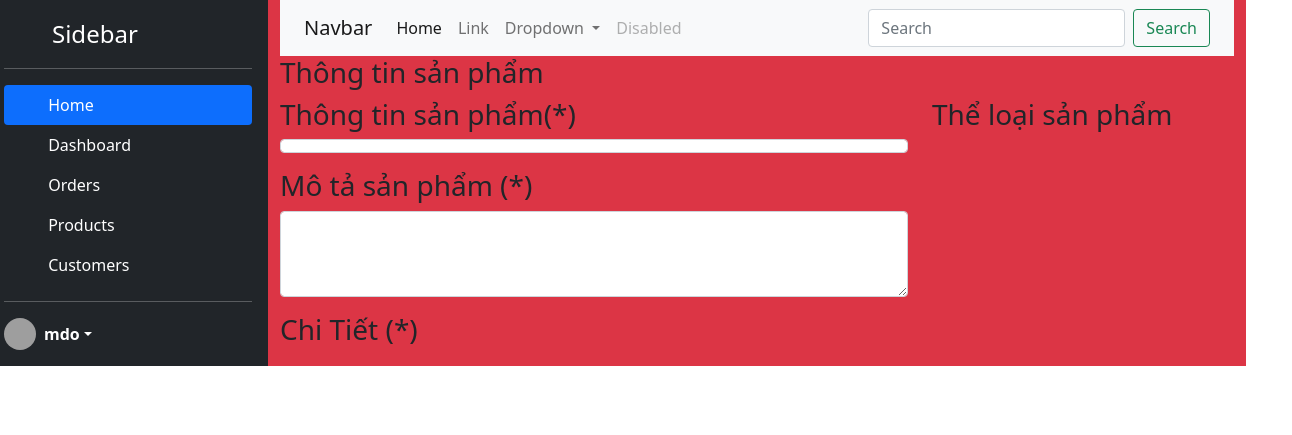
Repository: Lehuyhuynh/BT12-BOOTSTRAP
Page: index.html
These files come from the project's save history. The page is drawn as it stood at one moment and after a run of saves; the edit follows.
The browser window is 1280 px wide. The page is 1292 px wide, so the pictures cover 1292 px, including what lies to the right of the window. The pictures show the whole page.
Pictures or frames that could not be fetched are drawn as grey boxes.

Above is the page before, as saved 2023-08-19 22:28:25.

After the next 2 saves:
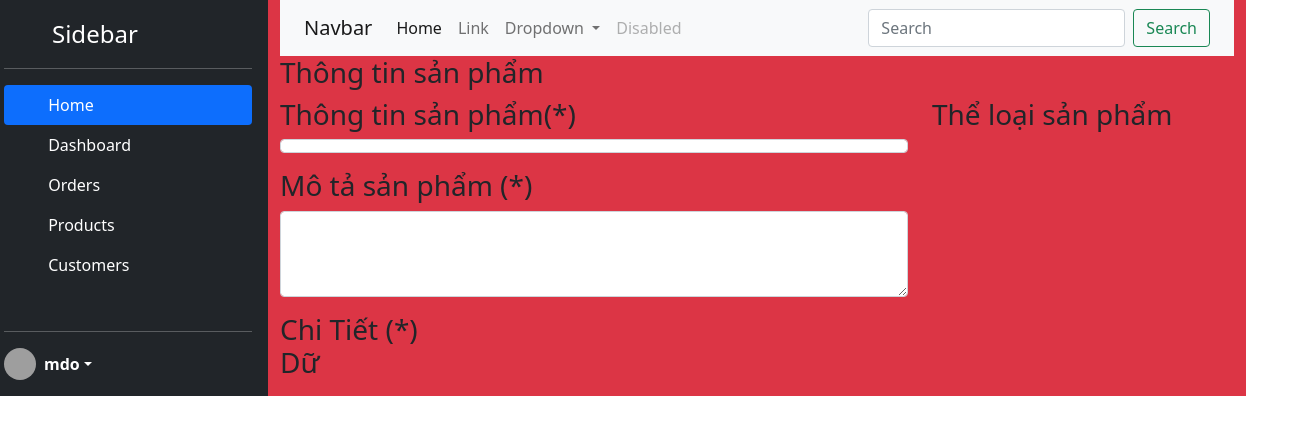
The 2 saves are shown as one change because they came seconds apart.
The last was saved 9 s later.
--- a/index.html
+++ b/index.html
@@ -123,7 +123,7 @@
 
               <div class="data">
 
-                <h3></h3>
+                <h3>Dữ </h3>
               </div>
 
             </div>
